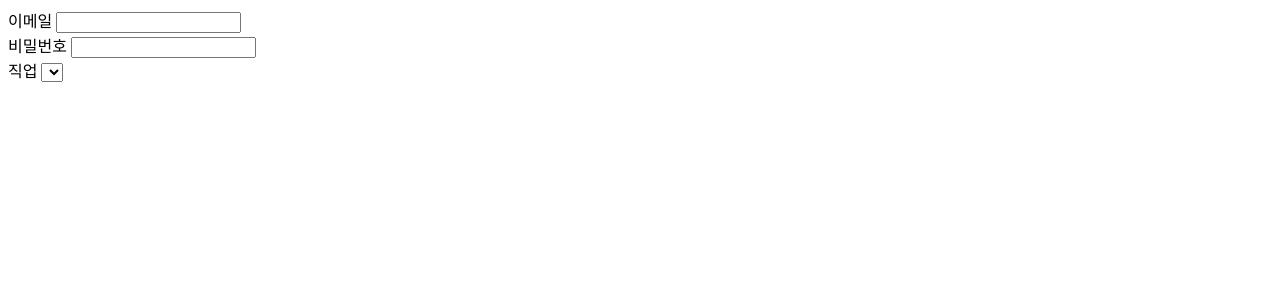
Repository: hyunhee7/web_work
Page: Step05_JavaServerPage/WebContent/test12.html
These files come from the project's save history. The page is drawn as it stood at one moment and after the next save; the edit follows.
The browser window is 1280 px wide. The pictures show the whole page.

Above is the page before, as saved 2017-06-23 01:48:50.

### Step05_JavaServerPage/WebContent/test12.html
<!DOCTYPE html>
<html>
<head>
<meta charset="UTF-8">
<title>test12.html</title>
</head>
<body>
	<form action="test12.jsp" method="post">
		이메일 <input type="text" name="email" /> <br />
		비밀번호 <input type="text" name="pwd" /> <br />
		직업
		<select name="job" id=""></select>
	</form>
</body>
</html>

After the next save:
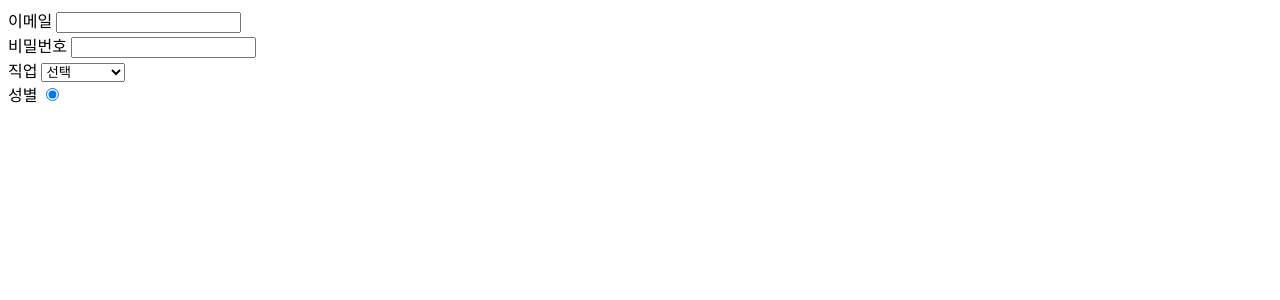
Saved 81 s later.
--- a/Step05_JavaServerPage/WebContent/test12.html
+++ b/Step05_JavaServerPage/WebContent/test12.html
@@ -9,7 +9,16 @@
 		이메일 <input type="text" name="email" /> <br />
 		비밀번호 <input type="text" name="pwd" /> <br />
 		직업
-		<select name="job" id=""></select>
+		<select name="job" >
+			<option value="">선택</option>
+			<option value="programmer">프로그래머</option>
+			<option value="teacher">교사</option>
+			<option value="doctor">의사</option>
+			<option value="etc">기타</option>
+		</select>
+		<br />
+		성별
+		<input type="radio" name="gender" checked="checked" />
 	</form>
 </body>
 </html>
